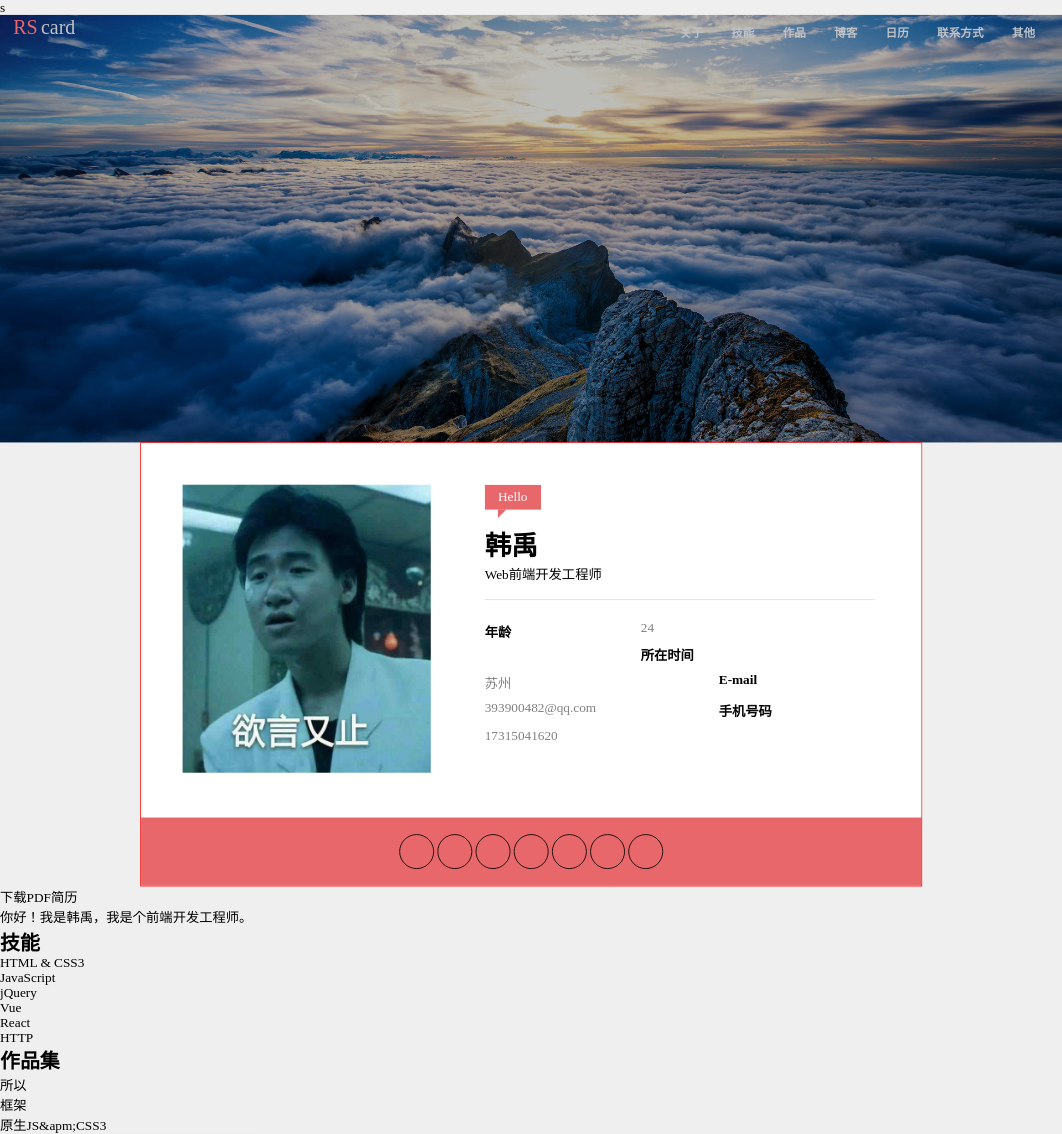
Repository: yorkHan/resume
Page: index.html
The author's editor kept a copy of each file at every save. The page is drawn from the files as they stood at one save, then again after a run of saves.
The browser window is 1280 px wide. The pictures show the whole page, at 83% of full size.

Above is the page before, as saved 2018-04-10 00:49:26.

After the next 6 saves:
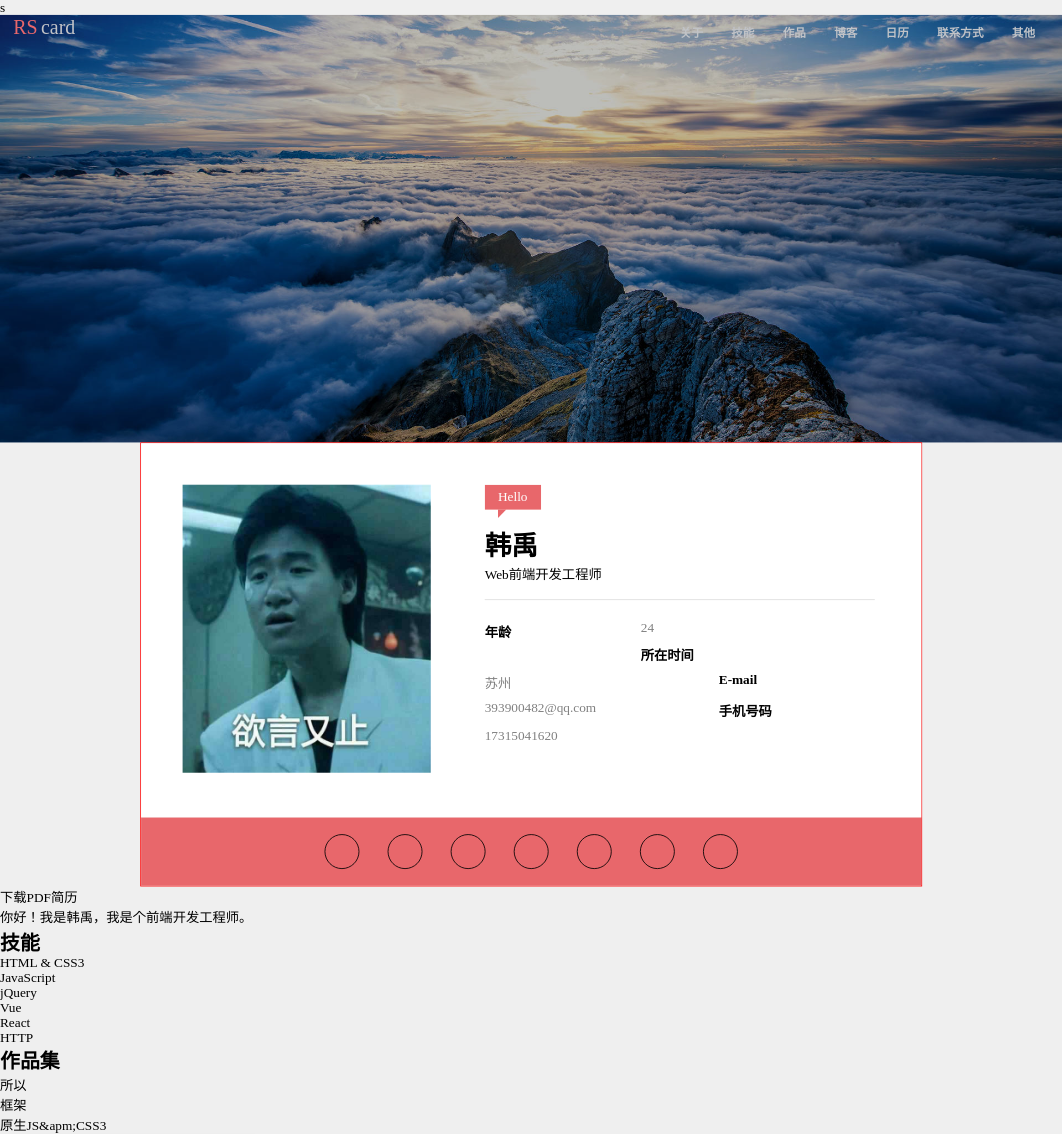
The 6 saves are shown as one change because they came seconds apart.
The last was saved 24 s later.
--- a/1.css
+++ b/1.css
@@ -124,6 +124,7 @@ hr{
     width: 40px;
     padding: 5px 0;
     line-height: 30px;
+    margin: 0 15px;
 }
 .usercard svg{
     width: 30px;
